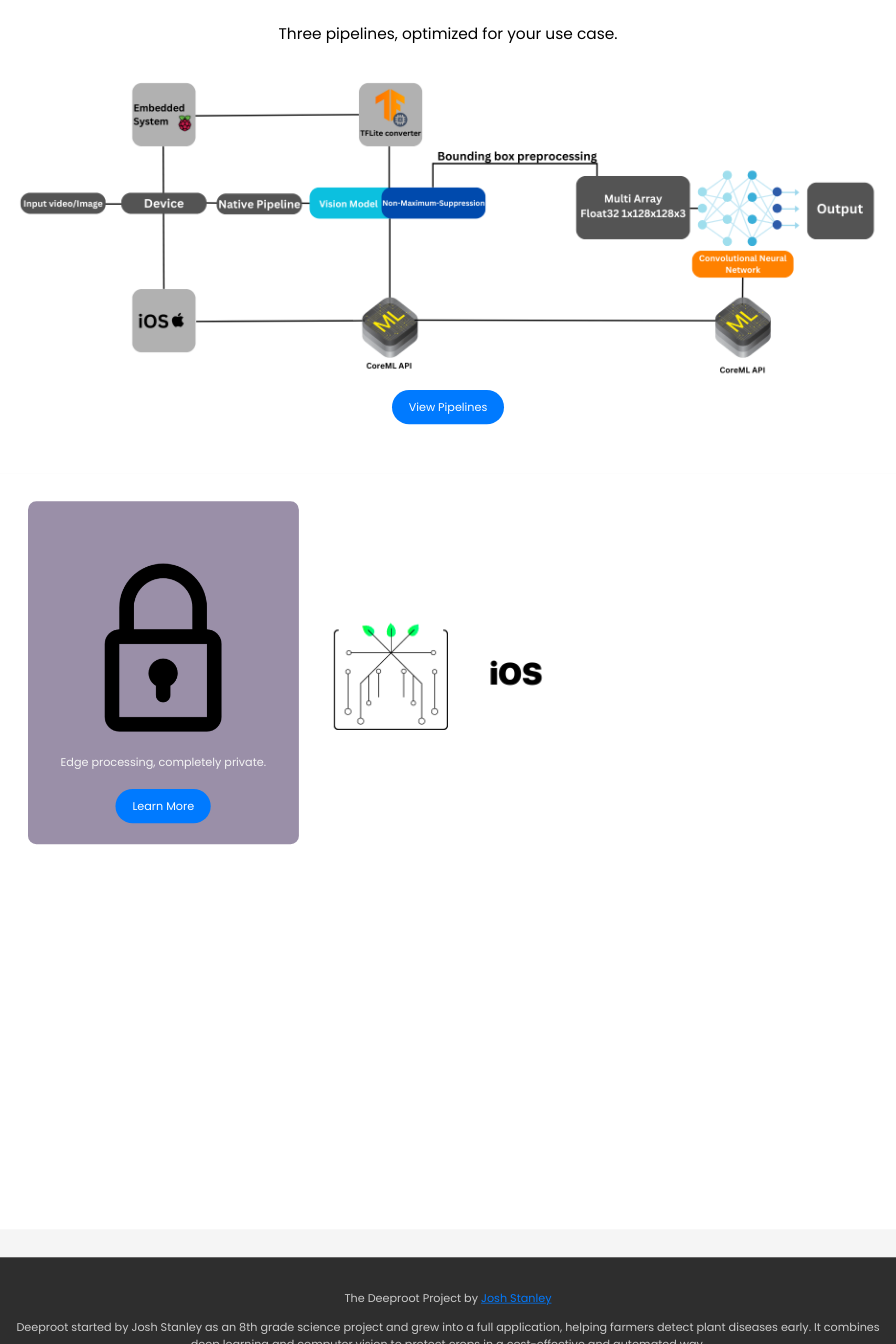
Repository: jss1118/The-Deeproot-Project
Page: Website/index.html
The author's editor kept a copy of each file at every save. The page is drawn from the files as they stood at one save, then again after the next save.
The browser window is 1280 px wide. The pictures show the part of the page from y = 1233 to 3153 px (the page is 3212 px tall), at 70% of full size.

Above is the page before, as saved 2025-03-21 13:21:00.

### Website/index.html
<!DOCTYPE html>
<html lang="en">

<head>
  <meta charset="UTF-8">
  <meta name="viewport" content="width=device-width, initial-scale=1.0">
  <title>Deeproot A.I</title>
  <link href="https://fonts.googleapis.com/css2?family=Poppins:wght@400;600&display=swap" rel="stylesheet">
  <style>
    body {
      margin: 0;
      font-family: 'Poppins', sans-serif;
      overflow-x: hidden;
      background-color: #f5f5f5;
    }

    nav {
      background: rgba(22, 22, 22, 0.9);
      position: sticky;
      top: 0;
      width: 100%;
      z-index: 1000;
      display: flex;
      justify-content: center;
    }

    .navlinks {
      list-style: none;
      display: flex;
      gap: 30px;
      padding: 15px;
      margin: 0;
    }

    .navlink, .navicon svg {
      color: #d3d3d3;
      text-decoration: none;
      transition: color 0.3s;
    }

    .navlink:hover, .mainpagelink a:hover {
      color: white;
    }

    .mainpage2, .mainpage3, .mainpage4 {
      padding: 60px 20px;
      text-align: center;
    }

    .mainpage2 {
      background: linear-gradient(135deg, #2e2e2e, #4f4f4f);
      color: white;
    }

    .mainpage2 img, .mainpage3 img, .promo1 img {
      max-width: 100%;
      height: auto;

    }

    .mp2-title1 {
      font-size: 56px;
      font-weight: 600;
      margin-bottom: 15px;
    }

    .mp2-desc, .mp3desc {
      font-size: 22px;
      margin-bottom: 25px;
    }

    .mainpagelink a {
      display: inline-block;
      margin: 10px;
      padding: 12px 24px;
      background: #007aff;
      color: white;
      border-radius: 25px;
      text-decoration: none;
      transition: background 0.3s;
    }

    .mainpage3 {
      background: white;
    }

    .mainpage3 img {
      margin-top: 20px;
      border-radius: 12px;
    }

    .mainpage4 {
      display: grid;
      grid-template-columns: repeat(auto-fit, minmax(300px, 1fr));
      gap: 20px;
      background-color: white;
      padding: 40px;
    }

    .promo1, .promo2, .promo3, .promo4, .promo5, .promo6 {
      background-size: cover;
      background-position: center;
      height: 450px;
      display: flex;
      flex-direction: column;
      justify-content: flex-end;
      padding: 20px;
      color: white;
      border-radius: 12px;
      position: relative;
    }

    .promo1 img, .promo2 img, .promo3 img, .promo4 img, .promo5 img, .promo6 img {
      margin-bottom: 10px;
    }

    .promo1 {
      background-color: #9a8fa8;
      color: #f5f5f5;
    }
    .promo1 img {
      width: 240px;
      height: auto;
      margin: 0 auto 15px auto;
      display: block;
      background: none;
    }

    .promo2 img {
      width: 360px;
      height: auto;
      margin: 0 auto 15px auto;
      display: block;
      background: none;
      position: relative;
      bottom: 30px;
    }

    footer {
      background-color: #2e2e2e;
      color: #ccc;
      text-align: center;
      padding: 30px 20px;
      margin-top: 40px;
    }

    footer a {
      color: #007aff;
      text-decoration: underline;
    }

    @media (max-width: 768px) {
      .mp2-title1 { font-size: 40px; }
      .mp2-desc, .mp3desc { font-size: 18px; }
      .mainpagelink a { padding: 10px 20px; }
    }
  </style>
</head>

<body>
  <nav>
    <ul class="navlinks">
      <li><a class="navlink" href="/">iOS</a></li>
      <li><a class="navlink" href="/applestore">Raspberry Pi 5</a></li>
      <li><a class="navlink" href="/">Native</a></li>
      <li><a class="navlink" href="/">State-of-the-art Models</a></li>
      <li><a class="navlink" href="/">Developers</a></li>
    </ul>
  </nav>

  <section class="mainpage2">
    <h1 class="mp2-title1">Deeproot</h1>
    <p class="mp2-desc">Portable. Fast. Secure.</p>
    <p class="mp2-desc">The all-in-one automated solution for early plant disease detection.</p>
    <div class="mainpagelink"><a href="#">Learn More</a></div>
    <img src="wide logo.png" alt="Deeproot Logo">
  </section>

  <section class="mainpage3">
    <p class="mp3desc">Three pipelines, optimized for your use case.</p>
    <img src="newgraph.png" alt="Machine Learning Pipelines">
    <div class="mainpagelink"><a href="#">View Pipelines</a></div>
  </section>

  <section class="mainpage4">
    <div class="promo1">
      <img src="lock.fill.png" alt="Promo icon">
      <p>Edge processing, completely private.</p>
      <div class="mainpagelink"><a href="#">Learn More</a></div>
    </div>
    <div class="promo2">
      <img src="deeprootios.png" alt="ios icon">
    </div>


    <div class="promo3"></div>
    <div class="promo4"></div>
    <div class="promo5"></div>
    <div class="promo6"></div>
  </section>

  <footer>
    <p>The Deeproot Project by <a href="https://github.com/iamreiyn">Josh Stanley</a></p>
    <p>Deeproot started by Josh Stanley as an 8th grade science project and grew into a full application, helping farmers detect plant diseases early. It combines deep learning and computer vision to protect crops in a cost-effective and automated way.</p>
  </footer>
</body>
</html>

After the next save:
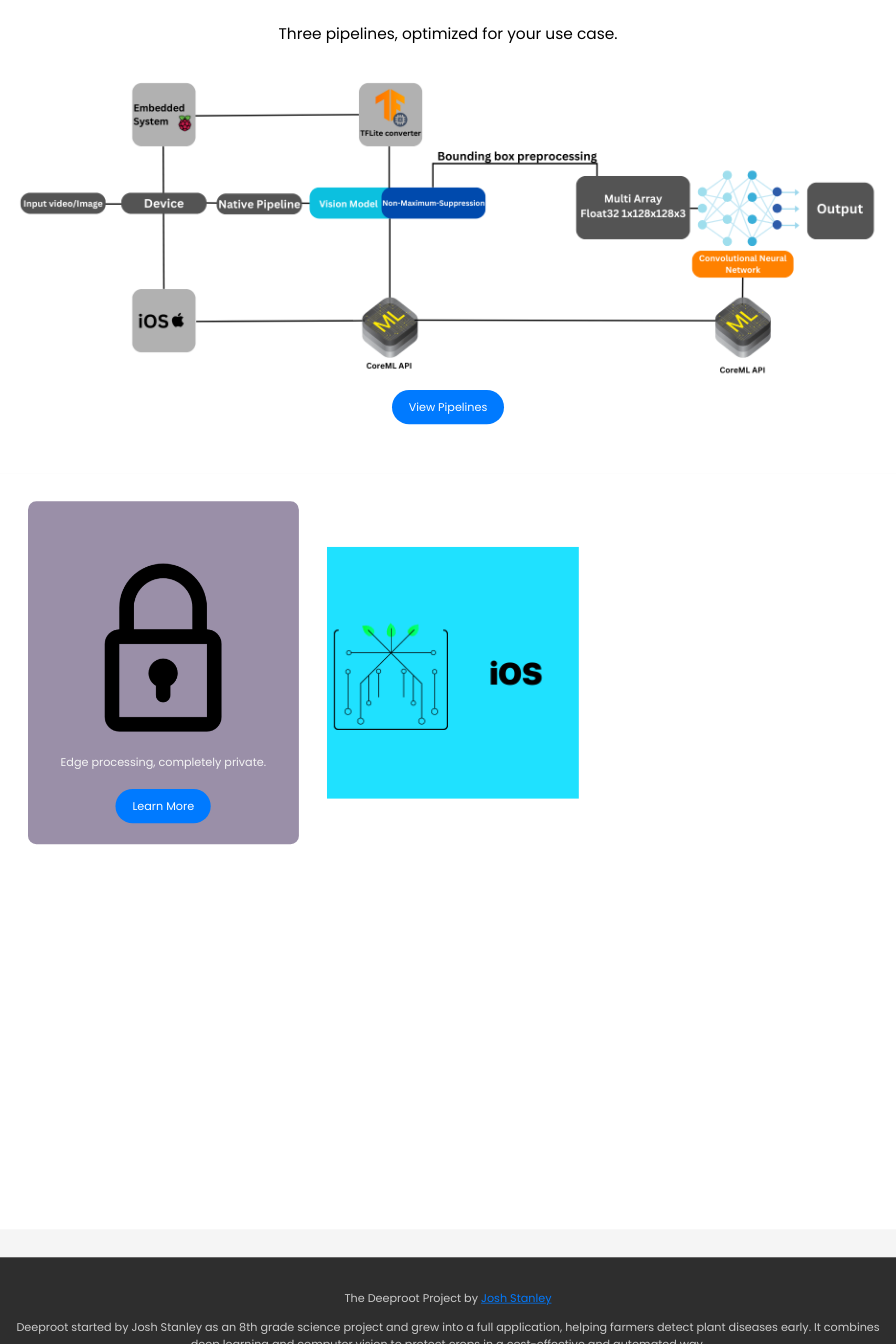
Saved 11 s later.
--- a/Website/index.html
+++ b/Website/index.html
@@ -131,7 +131,7 @@
       height: auto;
       margin: 0 auto 15px auto;
       display: block;
-      background: none;
+      background-color: rgb(31, 225, 255);
       position: relative;
       bottom: 30px;
     }
